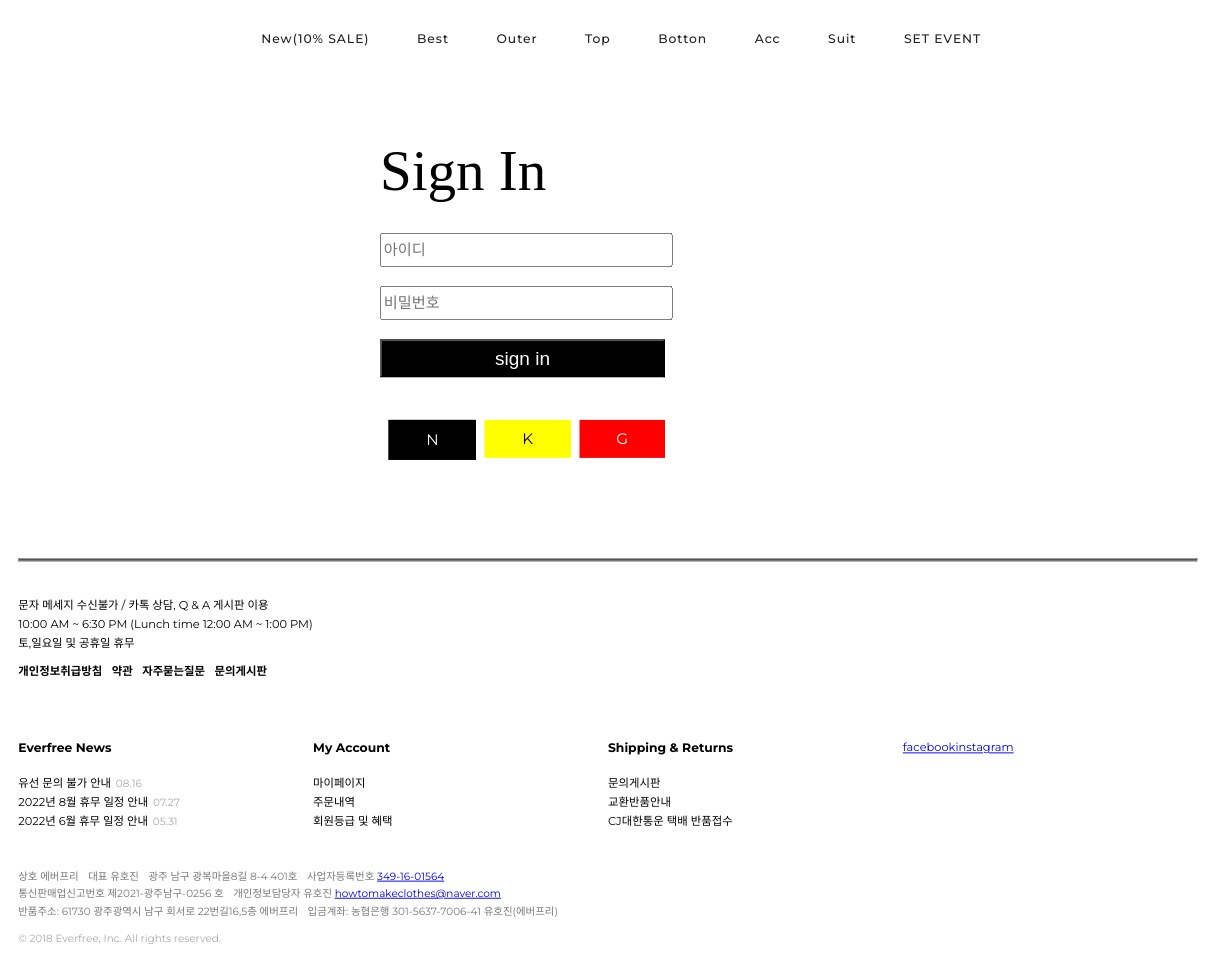
Repository: parkjunhoo/ootm
Page: ootm/src/main/webapp/html/login.html
An editor plug-in stored every save of this project. The page is shown before and after the next save, followed by the edit.
The browser window is 1280 px wide. The pictures show the whole page, at 95% of full size.

Above is the page before, as saved 2023-04-22 13:00:54.

After the next save:
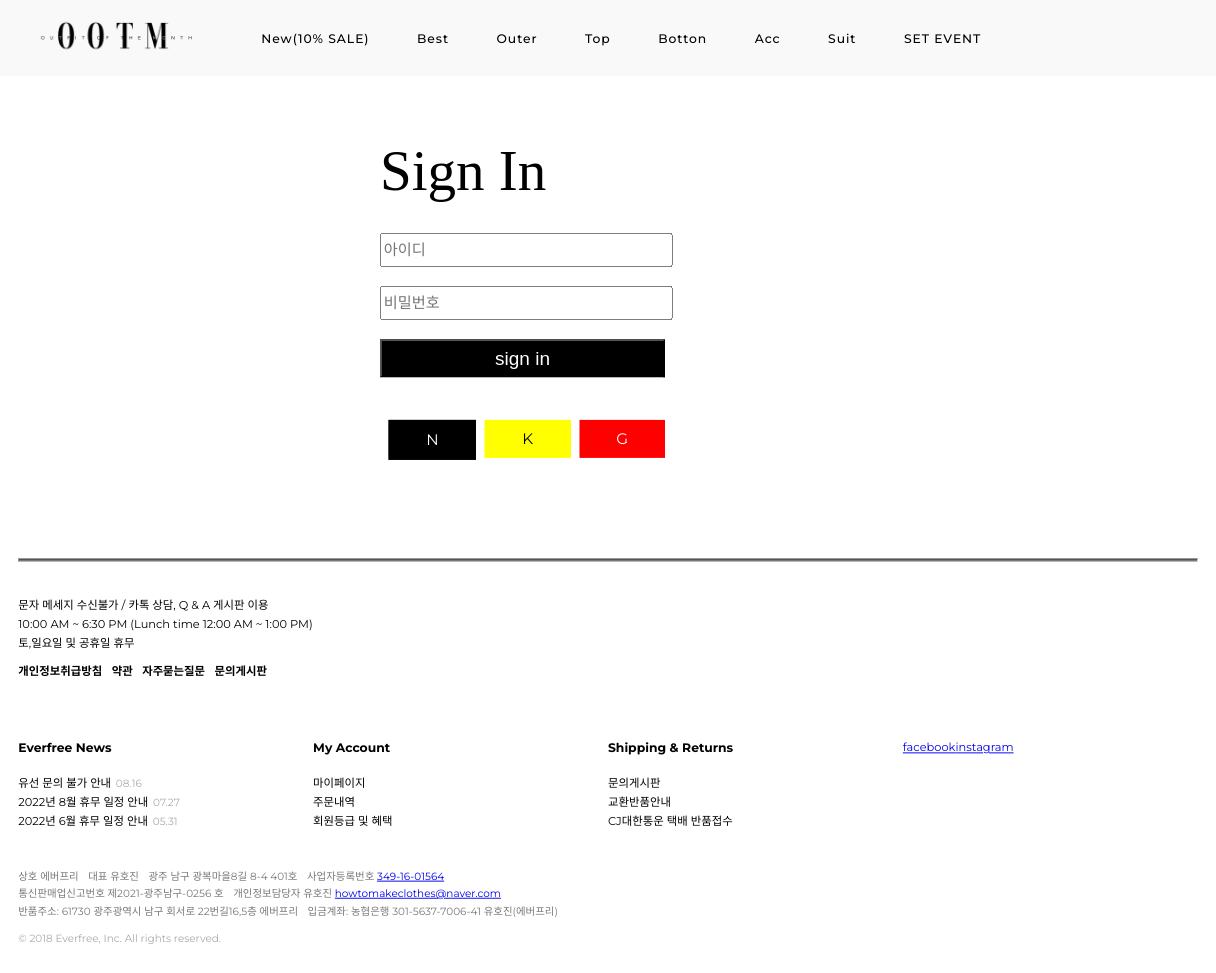
Saved 69 s later.
--- a/ootm/src/main/webapp/html/login.html
+++ b/ootm/src/main/webapp/html/login.html
@@ -20,7 +20,7 @@
 	</head>
 	<body>
 		<!-- 헤더 -->
-		<header-component></header-component>
+		<header-component logoDark="true" logoHoverDark="true" mTextColor="black" bgHoverColor="#F9F9F9"></header-component>
 
 		<!-- 메인화면 -->
 
